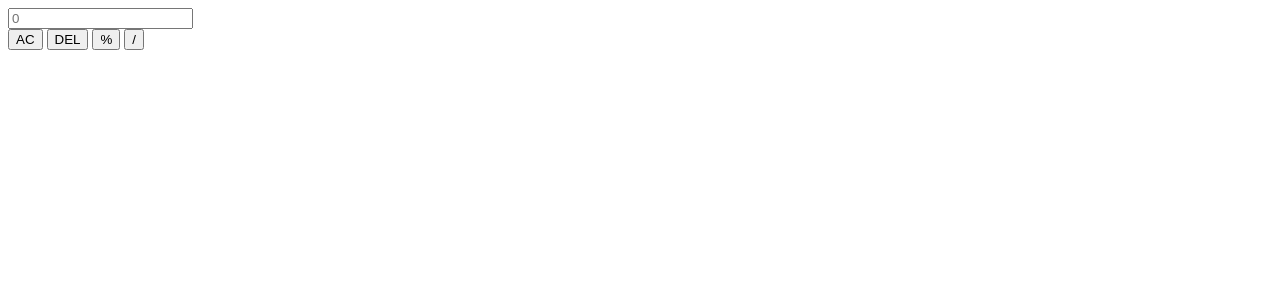
Repository: vaibhav1281/Calculator
Page: index.html
These files come from the project's save history. The page is drawn as it stood at one moment and after a run of saves; the edit follows.
The browser window is 1280 px wide. The pictures show the whole page.

Above is the page before, as saved 2023-05-06 19:37:02.

### index.html
<!DOCTYPE html>
<html lang="en">
<head>
    <meta charset="UTF-8">
    <meta http-equiv="X-UA-Compatible" content="IE=edge">
    <meta name="viewport" content="width=device-width, initial-scale=1.0">
    <title>Calculator - By Vaibhav Saroj</title>
    <link rel="stylesheet" href="styles.css">
</head>
<body>
    <div class="calcurator">
        <input type="text" placeholder="0">
        <div>
            <button>AC</button>
            <button>DEL</button>
            <button>%</button>
            <button>/</button>
        </div>
    </div>


    <script src="index.js"></script>
</body>
</html>

Loaded but not shown: index.js (no copy from this time; the picture is the same without it); styles.css (no copy from this time; the picture is the same without it)

After the next 3 saves:
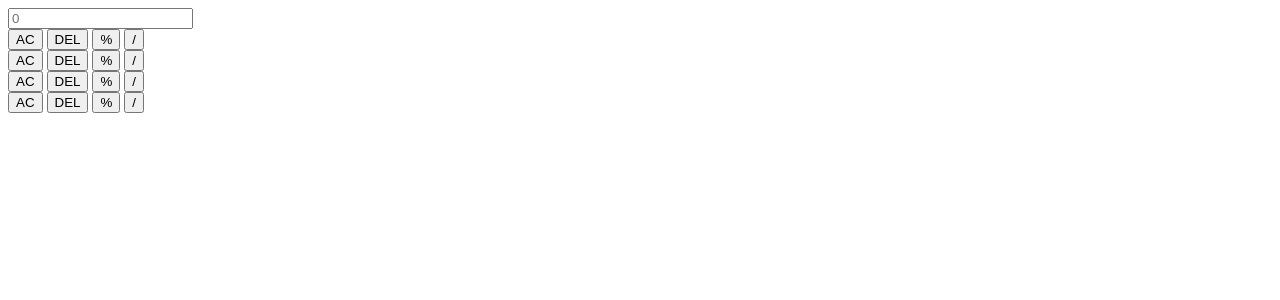
The 3 saves are shown as one change because they came seconds apart.
The last was saved 17 s later.
--- a/index.html
+++ b/index.html
@@ -16,6 +16,24 @@
             <button>%</button>
             <button>/</button>
         </div>
+        <div>
+            <button>AC</button>
+            <button>DEL</button>
+            <button>%</button>
+            <button>/</button>
+        </div>
+        <div>
+            <button>AC</button>
+            <button>DEL</button>
+            <button>%</button>
+            <button>/</button>
+        </div>
+        <div>
+            <button>AC</button>
+            <button>DEL</button>
+            <button>%</button>
+            <button>/</button>
+        </div>
     </div>
 
 
